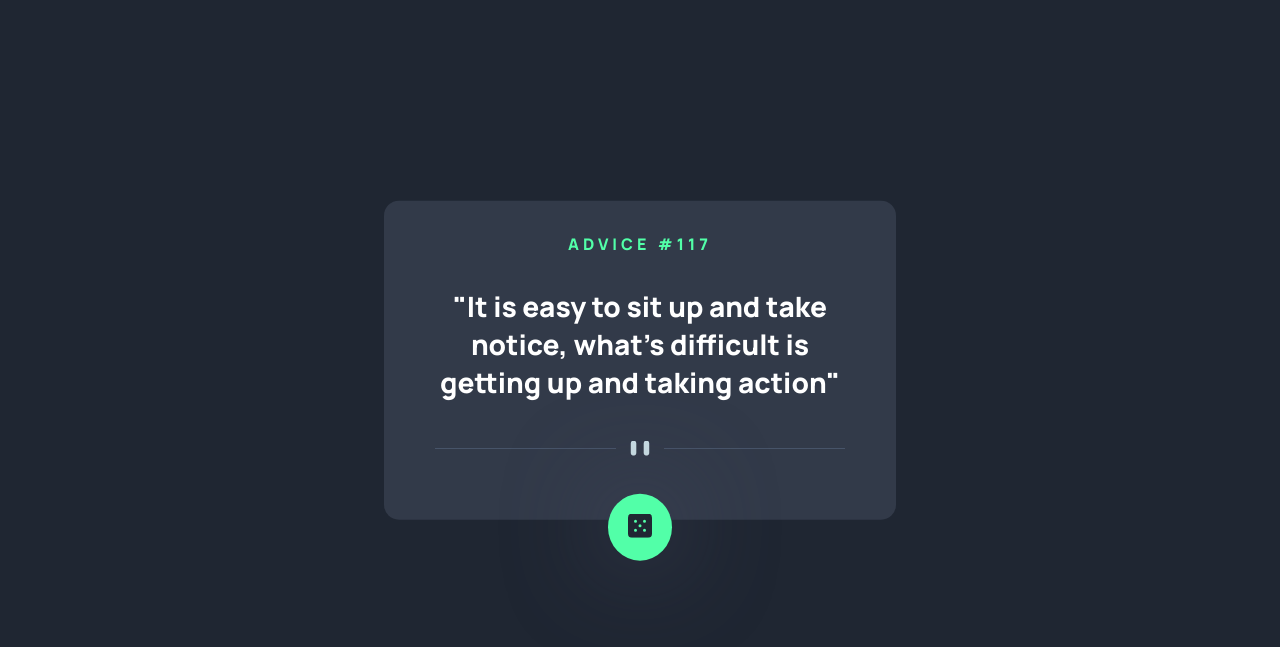
Repository: WindOfCodes/advice-generator-app
Page: index.html
These files come from the project's save history. The page is drawn as it stood at one moment and after a run of saves; the edit follows.
The browser window is 1280 px wide. The pictures show the whole page.
The pointer rests on the first visible `.dice`.

Above is the page before, as saved 2022-11-28 22:21:42.

### index.html
<!DOCTYPE html>
<html lang="en">
  <head>
    <meta charset="UTF-8" />
    <meta name="viewport" content="width=device-width, initial-scale=1.0" />
    <link
      href="https://fonts.googleapis.com/css2?family=Manrope:wght@800&display=swap"
      rel="stylesheet"
    />
    <link rel="stylesheet" href="/styles/main.css" />
  </head>
  <body>
    <div class="card">
      <span class="number">advice #117</span>
      <span class="quote">
        "It is easy to sit up and take notice, what's difficult is getting up and taking action"
      </span>
      <img class="line" src="./images/pattern-divider-desktop.svg" />
      <button class="dice">
        <img src="./images/icon-dice.svg" />
      </button>
    </div>
  </body>
</html>

### styles/main.css
/* <style>
.attribution { font-size: 11px; text-align: center; }
.attribution a { color: hsl(228, 45%, 44%); }
</style> */

/* Mobile: 375px
Desktop: 1440px */

/* $lightCyan : hsl(193, 38%, 86%);
$neonGreen: hsl(150, 100%, 66%);
$grayishBlue: hsl(217, 19%, 38%);
$darkGrayishBlue: hsl(217, 19%, 24%);
$darkBlue: hsl(218, 23%, 16%); */

body {
  font-family: "Manrope", sans-serif;
  font-weight: 800;
  background-color: hsl(218, 23%, 16%);
  font-size: 28px;
}

.card {
  background-color: hsl(217, 19%, 24%);
  width: 40%;
  min-height: 35%;
  display: flex;
  flex-direction: column;
  position: absolute;
  top: 50%;
  left: 50%;
  transform: translate(-50%, -50%);
  justify-content: center;
  align-items: center;
  margin: auto;
  border-radius: 15px;
}

.number {
  text-transform: uppercase;
  font-size: 16px;
  letter-spacing: 0.25rem;
  color: hsl(150, 100%, 66%);
  margin: 2rem 0;
}

.quote {
  color: white;
  max-width: 80%;
  text-align: center;
}

.line {
  margin: 2.5rem 0 4rem 0;
  width: 80%;
}

.dice {
  border: none;
  border-radius: 50%;
  background-color: hsl(150, 100%, 66%);
  padding: 20px;
  position: absolute;
  top: 92%;
}

.dice:hover {
  cursor: pointer;
  -webkit-box-shadow: 0px 0px 100px 0px rgba(66, 68, 90, 1);
  -moz-box-shadow: 0px 0px 100px 0px rgba(66, 68, 90, 1);
  box-shadow: 0px 0px 100px 0px rgba(66, 68, 90, 1);
}

After the next 4 saves:
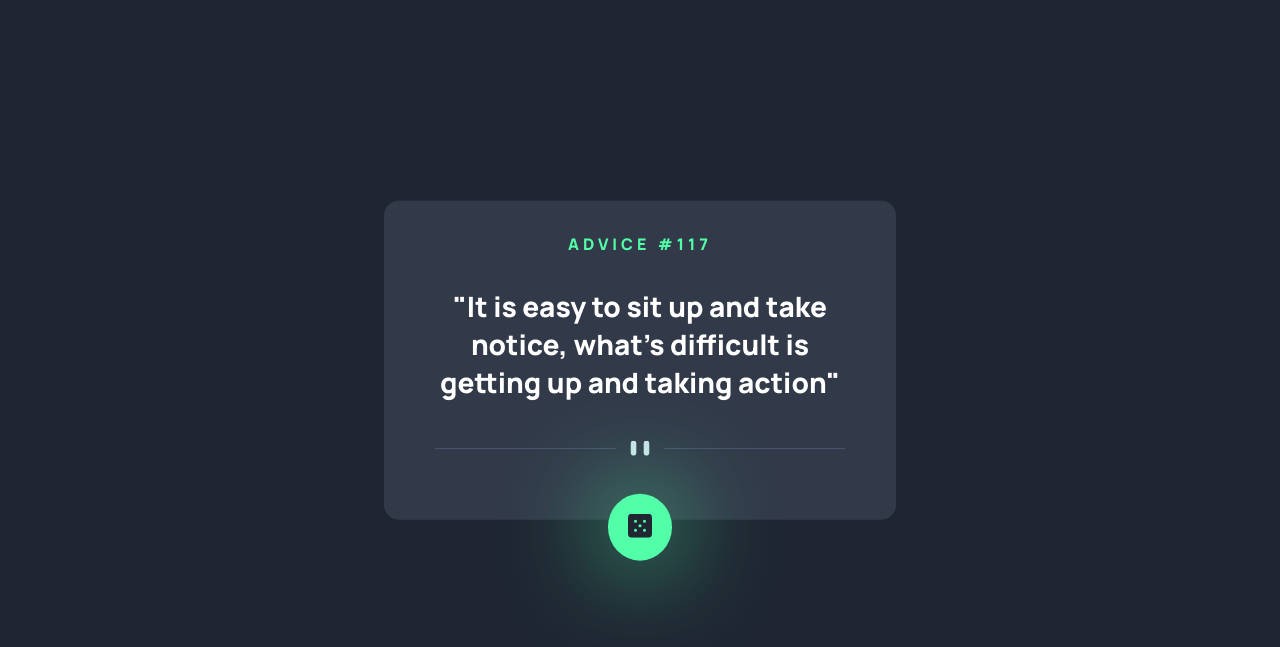
The 4 saves are shown as one change because they came seconds apart.
The last was saved 12 s later.
--- a/styles/main.css
+++ b/styles/main.css
@@ -67,5 +67,5 @@ body {
   cursor: pointer;
   -webkit-box-shadow: 0px 0px 100px 0px rgba(66, 68, 90, 1);
   -moz-box-shadow: 0px 0px 100px 0px rgba(66, 68, 90, 1);
-  box-shadow: 0px 0px 100px 0px rgba(66, 68, 90, 1);
+  box-shadow: 0px 0px 100px 0px hsla(150, 100%, 66%, 1);
 }
